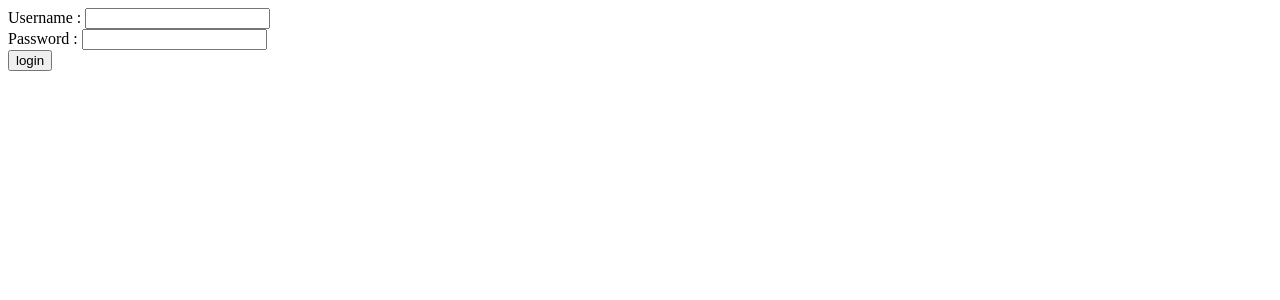
Repository: nelsonamaran14/OnlineShopping_CaseStudy2
Page: http://localhost/OnlineShopping/adminLogin
An editor plug-in stored every save of this project. The page is shown before and after the next save, followed by the edit.
The browser window is 1280 px wide. The pictures show the whole page.
The page is served by Tomcat 9. Other server files are loaded and not shown.

Above is the page before, as saved 2023-09-05 08:30:41.

### OnlineShopping/src/main/webapp/admin_login.jsp
<%@ page language="java" contentType="text/html; charset=ISO-8859-1"
    pageEncoding="ISO-8859-1"%>
<!DOCTYPE html>
<html>
<head>
<meta charset="ISO-8859-1">
<title>Admin Login</title>
</head>
<body>
<form action ="admin.jsp" method = "post">
Username :
<input type = "text" name = "username" >
</br>
Password :
<input type ="password" name = "password">
</br>
<input type ="submit" value ="login">
</form>

</body>
</html>

After the next save:
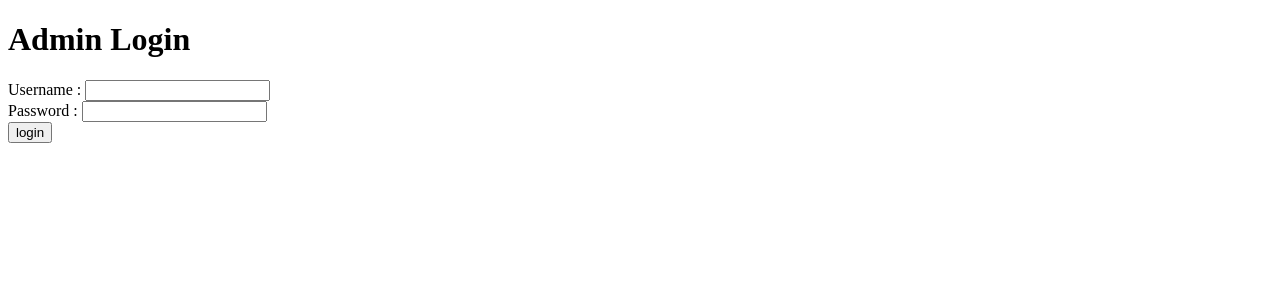
Saved 3 min 12 s later.
--- a/OnlineShopping/src/main/webapp/admin_login.jsp
+++ b/OnlineShopping/src/main/webapp/admin_login.jsp
@@ -7,6 +7,7 @@
 <title>Admin Login</title>
 </head>
 <body>
+ <h1>Admin Login</h1>
 <form action ="admin.jsp" method = "post">
 Username :
 <input type = "text" name = "username" >
